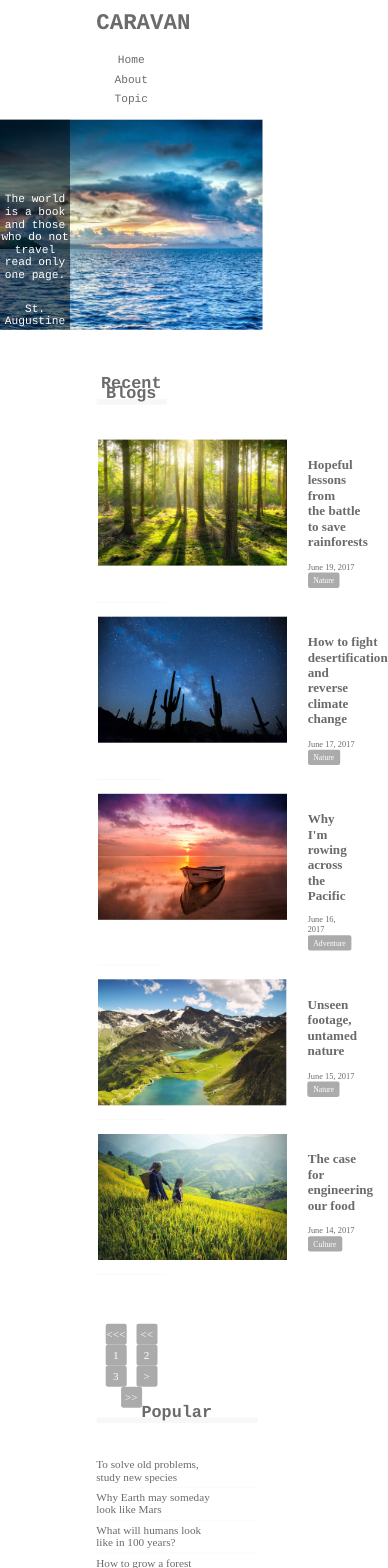
Repository: sweetyk0168/git-kadai3
Page: caravan/index.html
The author's editor kept a record of every edit. The page is drawn from the files as they stood at one moment, then again after the next edit.
The browser window is 375 px wide. The page is 554 px wide, then 375 px, so the pictures cover 554 px, including what lies to the right of the window. The pictures show the part of the page from y = 0 to 2240 px (the page is 3344 px tall before and 3480 px after), at 70% of full size.
Some web libraries are served in a nearby version.

Above is the page before.

### caravan/index.html
<!DOCTYPE html>
<html lang="ja">
  <head>
    <meta charset="UTF-8" />
    <meta name="viewport" content="width=device-width,initial-scale=1.0">
    <script src="https://kit.fontawesome.com/51edd661f7.js" crossorigin="anonymous"></script>
    <link rel="stylesheet" href="style.css" />
    <title>CARAVAN</title>
  </head>

  <body>
    <!-- header -->
    <!--<div class="header">-->
    <header>
      <h1 class="heading">
        <a href="index.html">
          CARAVAN
        </a>
      </h1>
      <div class="social">
        <i class="fa-brands fa-square-facebook"></i>
        <i class="fa-brands fa-square-twitter"></i>
        <i class="fa-brands fa-instagram"></i>
      </div>
    </header>
    <!--</div> -->

    <!-- navigation -->
    <nav>
      <ul class="navi-list">
          <li class="navi-list-item">
            <a href="index.html">Home</a>
          </li>
          <li class="navi-list-item">About</li>
          <li class="navi-list-item">Topic</li>
      </ul>
    </nav>
    <!-- main-visual用のdiv -->
    <div class="main-visual">
      <div class="main-visual-content">
        <!-- pタグ（と文字）を追加-->
        <p class="main-visual-text">
          The world is a book<br />
          and those who do not travel<br />
          read only one page.
        </p>
        <p class="main-visual-name">
          St. Augustine
        </p>
      </div>
    </div>

    <!-- main用のdiv -->
    <main>
        <!--<div class="sidebar-right"></div>-->
        <section class="blog">
        <h2 class="blog-heading">Recent Blogs</h2>
          <div class="blog-box">
          <div class="blog-item">
              <img class="blog-image" src="img/forest.jpg" />
              <section class="blog-text">
                <h3 class="blog-text-heading">
                  <a href="single.html">
                    Hopeful lessons from<br />
                    the battle to save<br />
                    rainforests
                  </a>
                </h3>
                <p class="blog-date">June 19, 2017</p>
                <span class="category">Nature</span>
              </section>
            </div>
            <div class="blog-item">
              <img class="blog-image" src="img/desert.jpg" />
              <section class="blog-text">
                  <h3 class="blog-text-heading">
                    <a href="single.html">
                      How to fight<br />
                      desertification and<br />
                      reverse climate change
                    </a>
                  </h3>
                  <p class="blog-date">June 17, 2017</p>
                  <span class="category">Nature</span>
              </section>
            </div>
            <div class="blog-item">
              <img class="blog-image" src="img/sunset.jpg" />
              <section class="blog-text">
                  <h3 class="blog-text-heading">
                    <a href="single.html">
                      Why I'm rowing<br />
                      across the Pacific
                    </a>
                  </h3>
                  <p class="blog-date">June 16, 2017</p>
                  <span class="category">Adventure</span>
              </section>
            </div>
            <div class="blog-item">
              <img class="blog-image" src="img/italy.jpg" />
              <section class="blog-text">
                  <h3 class="blog-text-heading">
                    <a href="single.html">
                      Unseen footage,<br />
                      untamed nature
                    </a>
                  </h3>
                  <p class="blog-date">June 15, 2017</p>
                  <span class="category">Nature</span>
              </section>
            </div>
            <div class="blog-item">
              <img class="blog-image" src="img/asia.jpg" />
              <section class="blog-text">
                  <h3 class="blog-text-heading">
                    <a href="single.html">
                      The case for<br />
                      engineering our food
                    </a>
                  </h3>
                  <p class="blog-date">June 14, 2017</p>
                  <span class="category">Culture</span>
              </section>
            </div>
          </div>
          <div class="pagination">
            <p><<<</p>
            <p><<</p>
            <p>1</p>
            <p>2</p>
            <p>3</p>
            <p>></p>
            <p>>></p>
          </div>
        </section>
        <div class="sidebar">
          <section class="popular">
            <h2 class="sidebar-heading common-heading">Popular</h2>
            <div class="sidebar-contents">
              <p class="popular-text">
                To solve old problems,<br />study new species
              </p>
              <p class="popular-text">
                Why Earth may someday<br />look like Mars
              </p>
              <p class="popular-text">
                What will humans look<br />like in 100 years?
              </p>
              <p class="popular-text">
                How to grow a forest<br />in yours backyard
              </p>
              <p class="popular-text">
                How humans could evolve<br />to survive in space
              </p>
            </div>
          </section>
          <section class="instagram">
            <h2 class="instagram-heading common-heading">Instagram</h2>
            <div class="sidebar-contents">
              <div class="instagram-box"></div>
              <div class="instagram-box"></div>
              <div class="instagram-box"></div>
              <div class="instagram-box"></div>
              <div class="instagram-box"></div>
              <div class="instagram-box"></div>
            </div>
          </section>
          <section class="categories">
            <h2 class="categories-heading common-heading">Categories</h2>
            <div class="sidebar-contents">
              <div class="categories-text">Technology(15)</div>
              <div class="categories-text">Business(23)</div>
              <div class="categories-text">Entertainment(12)</div>
              <div class="categories-text">Nature(32)</div>
              <div class="categories-text">Education(9)</div>
              <div class="categories-text">Adventure(23)</div>
              <div class="categories-text">Communication(14)</div>
            </div>
          </section>
        </div>
    </main>

    <!-- footer用のdiv -->
    <footer>
      <p class="footer-text">© ALL rights reserved by Infratop.Inc.</p>
    </footer>
  </body>
</html>

### caravan/style.css
/* ブラウザがそれぞれ持っているCSSをリセットするための記述 */
* {
  margin: 0;
  padding: 0;
  box-sizing: border-box;
  color: #6c6b6b;
}

a {
  text-decoration: none;
}

header, nav, h2, .main-visual, footer {
  font-family: Chalkduster, "Bradley Hand", Courier, "Segoe Print", sans-serif;
}

header {
  width: 90%; /* 横幅いっぱい */
  padding: 15px 0;
  margin: 0 auto;
  text-align: center;
  position: relative;
}

.social i {
  display: inline-block;
  margin-left: 20px;
}

.social {
  position: absolute;
  top: 22px;
  right: 22px;
}

header .heading {
  /* headerタグ内のheadingクラスにのみ反映される*/
 font-size: 32px;
}

.navi-list {
  text-align: center;
  padding: 10px 0;
  margin: 0 auto;
}

.navi-list-item {
  list-style: none;
  display: inline-block;
  margin: 0 20px;
}

.main-visual {
  width: 100%; /* 横幅いっぱい */
  height: 300px; /* 高さ300px */
  background-image: url(img/mv.jpg);
  background-size: cover;
  background-position: center;
}

.main-visual-content {
  width: 40%;
  height: 300px;
  background-color: rgba(0, 0, 0, 0.5); /*背景色を半透明の黒にする*/
  text-align: center; /* 文字を中央揃えにする*/
  padding-top: 105px; /* 上側の内側余白で垂直方向の位置を調整*/
}

.main-visual-text {
  color: #fff; /*文字色を城に変更*/
}

.main-visual-name {
  margin-top: 30px; /*上側の外側の余白*/
  color: #fff; /*文字色を白に変更*/
}

main {
  width: 800px; /* 横幅840px */
  display: flex; /* Flexboxの利用 */
  justify-content: center; /* 子要素の横並び・中央寄せ */
  margin: 0 auto; /* 中央寄せ（左右に余白がないとできない） */
  padding: 70px 0; /* 上下に70px 左右に0pxの内側余白*/
}

.blog {
  width: 540px;
  margin-right: 30px; /*領域の右側余白*/
}

.blog-heading {
  border-bottom: 8px solid #f7f7f7;
  text-align: center;
  line-height: 0.6;
}

.blog-box {
  padding-top: 50px;
}

.blog-item {
  padding-bottom: 20px;
  margin-bottom: 20px;
  border-bottom: 1px solid #f7f7f7;
  display: flex;
  justify-content: flex-start;
}

.blog-image {
  height: 180px;
}

.blog-text {
  padding: 25px 0 0 30px;
}

.blog-text-heading {
  padding-bottom: 15px;
}

.blog-date {
  font-size: 12px;
  display: inline-block;
}

.category {
  display: inline-block;
  padding: 5px 8px;
  background-color: #acabab;
  border-radius: 3px;
  color: #fff;
  font-size: 11px;
}

.pagination {
  text-align: center;
  padding-top: 50px;
}

.pagination p {
  display: inline-block;
  width: 30px;
  height: 30px;
  margin: 0 5px;
  color: #fff;
  background-color: #acabab;
  border-radius: 3px;
  line-height: 30px;
}
.sidebar {
  width: 230px;
}

.common-heading {
  border-bottom: 8px solid #f7f7f7;
  text-align: center;
  line-height: 0.6;
}

.sidebar-contents {
  padding: 50px 0;
}

.popular-text,
.categories-text {
  padding-bottom: 5px;
  border-bottom: 1px solid #f7f7f7;
  margin-bottom: 5px;
}

.popular-text:last-child,
.categories-text:last-child {
  margin: 0;
  padding: 0;
  border: none;
}

.instagram .sidebar-contents {
  display: flex;
  flex-wrap: wrap;
}

.instagram-box {
  width: 110px;
  padding-top: 110px;
  background-size: cover;
  background-position: center;
  margin-bottom: 10px;
}

.instagram-box:nth-child(odd) {
  margin-right: 10px;
}

.instagram-box:nth-child(1) {
  background-image: url(img/airport.jpg);
}

.instagram-box:nth-child(2) {
  background-image: url(img/japan.jpg);
}

.instagram-box:nth-child(3) {
  background-image: url(img/snow.jpg);
}

.instagram-box:nth-child(4) {
  background-image: url(img/japan2.jpg);
}

.instagram-box:nth-child(5) {
  background-image: url(img/lake.jpg);
}

.instagram-box:nth-child(6) {
  background-image: url(img/road.jpg);
}


footer {
  width: 100%; /* 横幅いっぱい */
  height: 120px; /* 高さ100px */
  text-align: center;
  line-height: 120px;
  background-color: #848282; /* 背景色blue */
}

.footer-text {
  color: #fff;
}

@media screen and (max-width: 425px) {
  header {
    width: 100px;
  }

  .navi-list {
    width: 100px;
  }

  .navi-list-item {
    width: 100px;
    margin: 0 0 10px 0;
  }

  .social {
    display: none;
  }

  .main-visual-content {
    width: 100px;
  }

  main {
    width: 100px;
    display: block;
  }

  .blog {
    width: 100px;
    display: block;
  }

  .blog-box {
    padding-left :2%;
    padding-right: 2%;
  }













}

After the next edit:
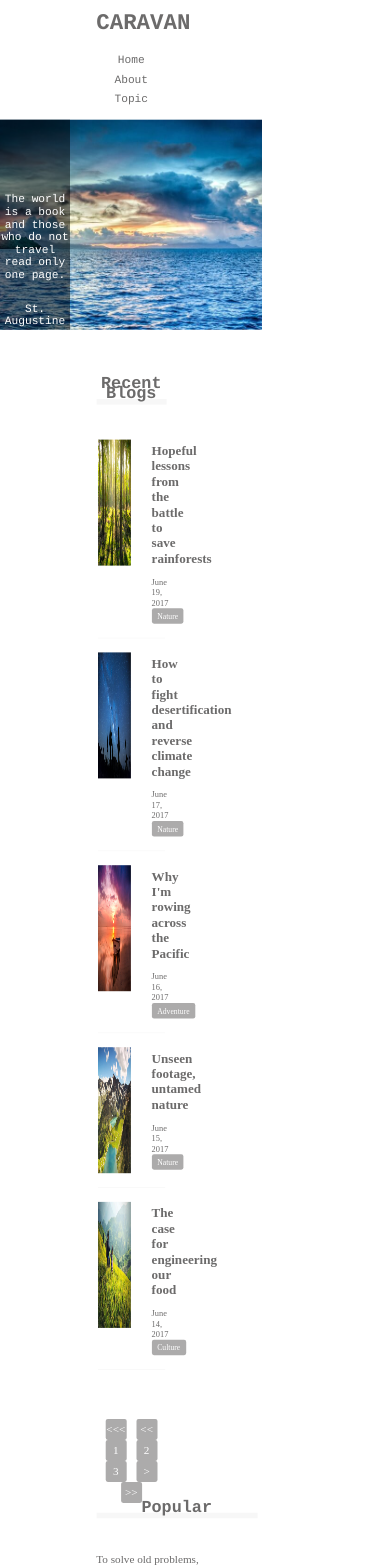
The edit:
--- a/caravan/style.css
+++ b/caravan/style.css
@@ -267,15 +267,22 @@
   }
 
 
-
-
-
-
-
-
-
-
-
-
-
-}
+  .blog-image {
+    width: 49%;
+  }
+
+  .blog-text {
+    width: 49%;
+    padding-top: 5px;
+  }
+
+
+
+
+
+
+
+
+
+
+}
